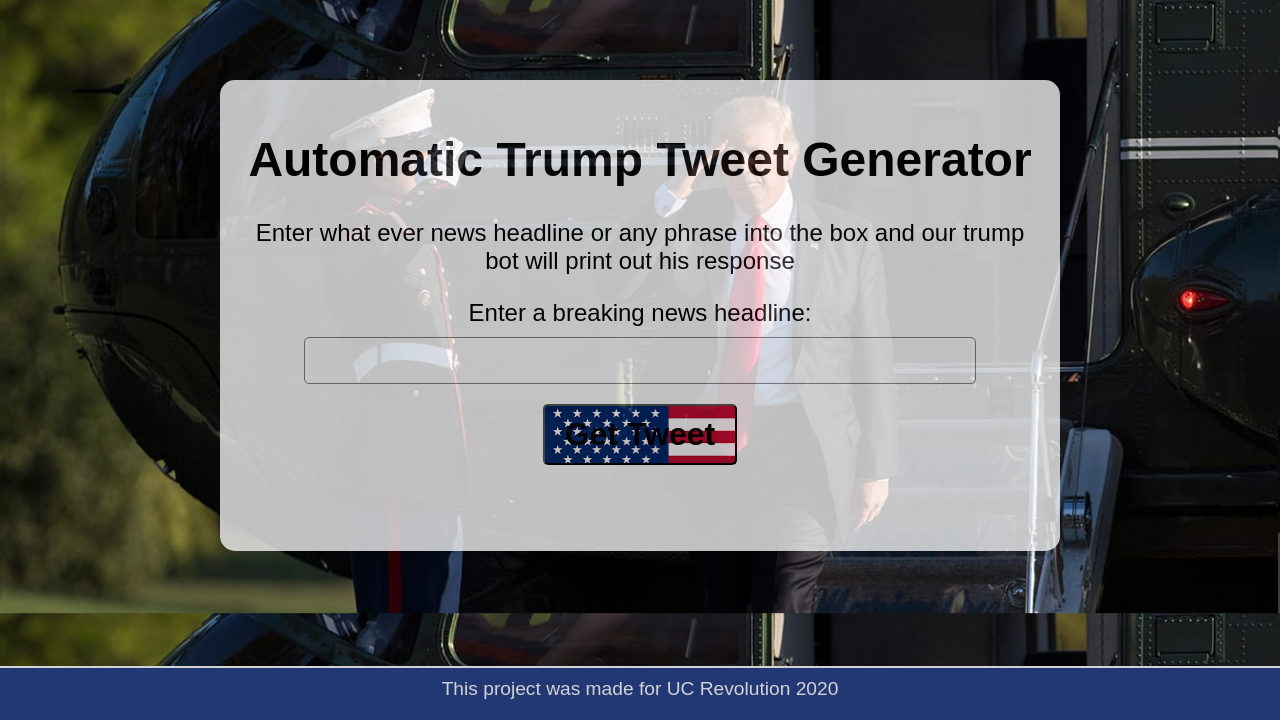
Repository: Yang4292/ai-donald
Page: http://localhost/
The author's editor kept a record of every edit. The page is drawn from the files as they stood at one moment, then again after the next edit.
The browser window is 1280 px wide. The pictures show the whole page.
The page is served by the project's application, run on Flask 3 (FlaskServer.py).

Above is the page before.

### templates/home.html
<!DOCTYPE html>
<html lang="en">
  <head>
    <meta charset="utf-8">
    <title>TrumpBot</title>
      <link rel="stylesheet" type="text/css" href="/static/theme.css">
  </head>
  <body background="/static/hero_marine_one.jpg">
    <div class="container">
        <h1>Automatic Trump Tweet Generator</h1>
        <p>Enter what ever news headline or any phrase into the box and our trump bot will print out his response</p>
        <label for="headline">Enter a breaking news headline:</label><br>
        <input type="text" id="headline" name="headline"><br>
        <button onclick="get_tweet();">Get Tweet</button><br>
        <label for="response" id="responseLabel"></label><br>
        <output type="text" id="response" name="response"><br>
    </div>
    <div class="bottomBar">This project was made for UC Revolution 2020</div>
    <script type="text/javascript">
      function get_tweet() {
        var req = new XMLHttpRequest();

        req.onreadystatechange = function() {
            if (this.readyState == 4 && this.status == 200) {
                document.getElementById("response").innerHTML = this.responseText;
                document.getElementById("responseLabel").innerHTML = "Trump's Tweet:";
            }
        };

        document.getElementById("responseLabel").innerHTML = "Contacting the White House...";
        req.open('GET', '/get-tweet?headline=' + document.getElementById("headline").value, true);
        req.send();
      }
    </script>
  </body>
</html>

### FlaskServer.py
from flask import Flask, request, render_template
import GenerateTweet

app = Flask(__name__)

@app.route('/', methods=['GET'])
def home():
    return render_template('home.html')

@app.route('/get-tweet', methods=['GET'])
def get_tweet():
    headline = request.args.get('headline')
    return GenerateTweet.get_tweet(headline)

if __name__ == "__main__":
    app.run(host="0.0.0.0", port=80)

### GenerateTweet.py
import tensorflow as tf
from tensorflow import keras
import numpy as np
import language_check
import random

language_tool = language_check.LanguageTool('en-US')
idx2char = np.array(['\n', ' ', '!', '$', '%', "'", '(', ')', '+', ',', '-', '.', '/', '0', '1', '2', '3', '4', '5', '6', '7', '8', '9', ':', ';', '<', '?', 'A', 'B', 'C', 'D', 'E', 'F', 'G', 'H', 'I', 'J', 'K', 'L', 'M', 'N', 'O', 'P', 'Q', 'R', 'S', 'T', 'U', 'V', 'W', 'X', 'Y', 'Z', '[', ']', 'a', 'b', 'c', 'd', 'e', 'f', 'g', 'h', 'i', 'j', 'k', 'l', 'm', 'n', 'o', 'p', 'q', 'r', 's', 't', 'u', 'v', 'w', 'x', 'y', 'z', '–', '‘', '’', '“', '”', '…', '′'])
char2idx = {'\n': 0, ' ': 1, '!': 2, '$': 3, '%': 4, "'": 5, '(': 6, ')': 7, '+': 8, ',': 9, '-': 10, '.': 11, '/': 12, '0': 13, '1': 14, '2': 15, '3': 16, '4': 17, '5': 18, '6': 19, '7': 20, '8': 21, '9': 22, ':': 23, ';': 24, '<': 25, '?': 26, 'A': 27, 'B': 28, 'C': 29, 'D': 30, 'E': 31, 'F': 32, 'G': 33, 'H': 34, 'I': 35, 'J': 36, 'K': 37, 'L': 38, 'M': 39, 'N': 40, 'O': 41, 'P': 42, 'Q': 43, 'R': 44, 'S': 45, 'T': 46, 'U': 47, 'V': 48, 'W': 49, 'X': 50, 'Y': 51, 'Z': 52, '[': 53, ']': 54, 'a': 55, 'b': 56, 'c': 57, 'd': 58, 'e': 59, 'f': 60, 'g': 61, 'h': 62, 'i': 63, 'j': 64, 'k': 65, 'l': 66, 'm': 67, 'n': 68, 'o': 69, 'p': 70, 'q': 71, 'r': 72, 's': 73, 't': 74, 'u': 75, 'v': 76, 'w': 77, 'x': 78, 'y': 79, 'z': 80, '–': 81, '‘': 82, '’': 83, '“': 84, '”': 85, '…': 86, '′': 87}
model = tf.keras.models.load_model('model.h5')

def generate_text(model, start_string):
  # Evaluation step (generating text using the learned model)

  # Number of characters to generate
  num_generate = 500

  # Converting our start string to numbers (vectorizing)
  input_eval = [char2idx[s] for s in start_string]
  input_eval = tf.expand_dims(input_eval, 0)

  # Empty string to store our results
  text_generated = []

  # Low temperatures results in more predictable text.
  # Higher temperatures results in more surprising text.
  # Experiment to find the best setting.
  temperature = .5

  # Here batch size == 1
  model.reset_states()
  for i in range(num_generate):
      predictions = model(input_eval)
      # remove the batch dimension
      predictions = tf.squeeze(predictions, 0)

      # using a categorical distribution to predict the character returned by the model
      predictions = predictions / temperature
      predicted_id = tf.random.categorical(predictions, num_samples=1)[-1,0].numpy()

      # We pass the predicted character as the next input to the model
      # along with the previous hidden state
      input_eval = tf.expand_dims([predicted_id], 0)

      text_generated.append(idx2char[predicted_id])

  return (start_string + ''.join(text_generated))

# return empty string if too many errors
def fix_sentence(sentence):
    errors = language_tool.check(sentence)
    return sentence if len(errors) == 0 else ''

def get_tweet(headline):
    string = generate_text(model, start_string=(headline + "."))
    sentences = string.split('.')[:-1]
    tweet = '"' + sentences[0] + '."'
    for sentence in sentences[1:]:
        fixed_sentence = fix_sentence(sentence)
        # if length is zero, sentence was too bad to be fixed
        if len(fixed_sentence) > 0:
            if len(tweet + sentence) < 280:
                tweet = tweet + fixed_sentence + '.'
    tweet = tweet.replace('\n','')
    #tweet = mad_lib(tweet, headline)

    return tweet

# def mad_lib(text, filler):
#     pos_to_replace = ['NNP', 'NNPS', 'NN', 'NNS']
#     #'VB', 'VBD', 'VBG', 'VBN', 'VBP', 'VBZ','JJ', 'JJR', 'JJS',
#     text_pos = nltk.pos_tag(nltk.word_tokenize(text))
#     filler_pos = nltk.pos_tag(nltk.word_tokenize(filler))
#     for text_word in text_pos:
#         if text_word[1] in pos_to_replace and len(text_word[0]) > 3:
#             random.shuffle(filler_pos)
#             for filler_word in filler_pos:
#                 if filler_word[1] == text_word[1] and random.random() > .25:
#                     text = text.replace(text_word[0], filler_word[0].upper())
#                     break

#     return text

### static/theme.css
* {
    padding: 0;
    text-align: center;
    font-family: Arial;
}

body {
    background-size:cover;
    font-size:1.5rem;
}

.container {
    background-color: white;
    margin: 5rem auto 0 auto;
    padding: 20px;
    max-width: 800px;
    opacity: .75;
    border-radius:15px;

}

input {
    padding:15px;
    border-radius:5px;
    width:80%;
    border: 1px grey solid;
}

button {
    padding:10px 20px 10px 20px;
    font-weight:bold;
    font-size:2rem;
    border-radius:5px;
    outline: none;
}

button, input, #responseLabel{
    margin-top: 10px;
    margin-bottom: 10px;
}

button{
     background-image: url('merica.png');
}
.bottomBar {
    position:fixed;
    height:2rem;
    background-color:#213875;
    border-top:2px solid lightgrey;
    bottom:0px;
    right:0px;
    left:0px;
    color:lightgrey;
    padding:10px;
    font-size:1.2rem;
}

After the next edit:
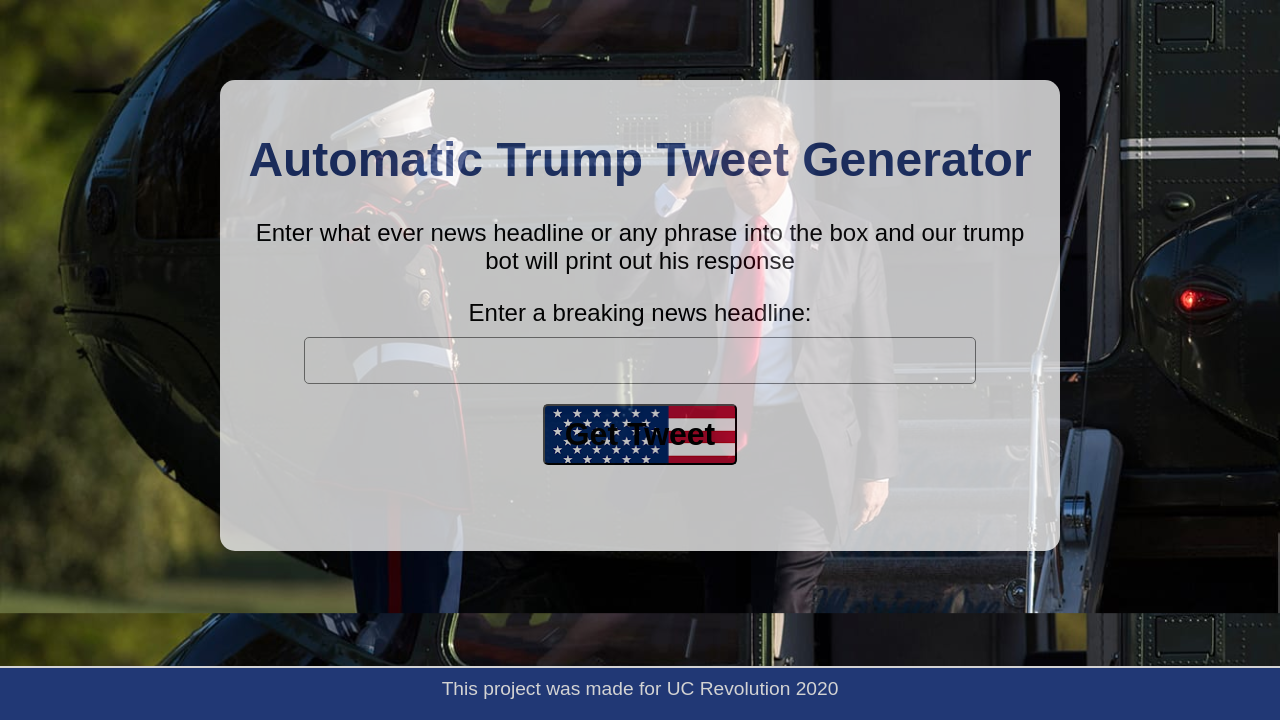
The edit:
--- a/static/theme.css
+++ b/static/theme.css
@@ -54,3 +54,6 @@
     padding:10px;
     font-size:1.2rem;
 }
+h1 {
+    color:#213875;
+}
